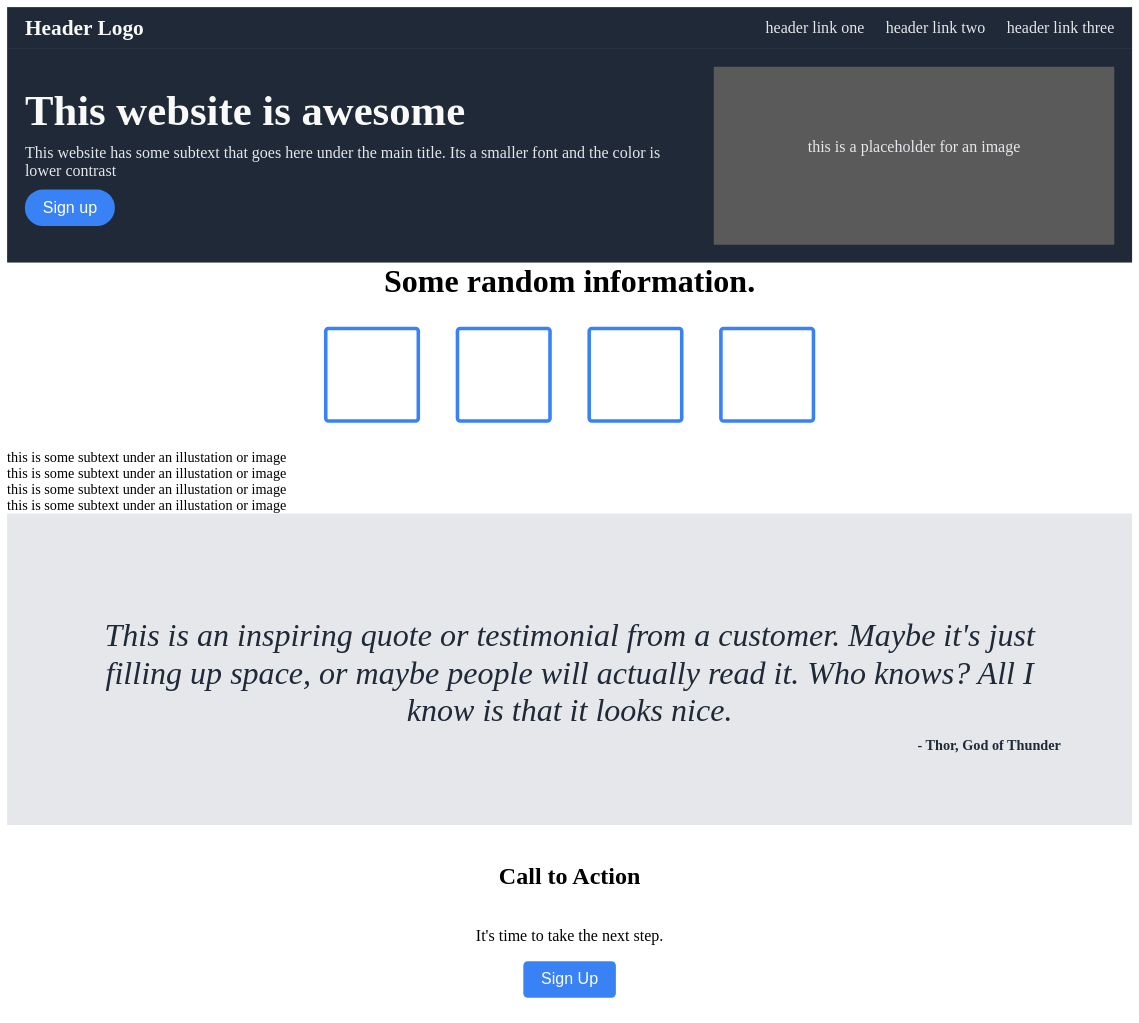
Repository: mnhardy1504/odin-recipes1
Page: flexboxlanding/index.html
An editor plug-in stored every save of this project. The page is shown before and after the next save, followed by the edit.
The browser window is 1280 px wide. The pictures show the whole page, at 89% of full size.

Above is the page before, as saved 2023-09-13 13:13:01.

After the next save:
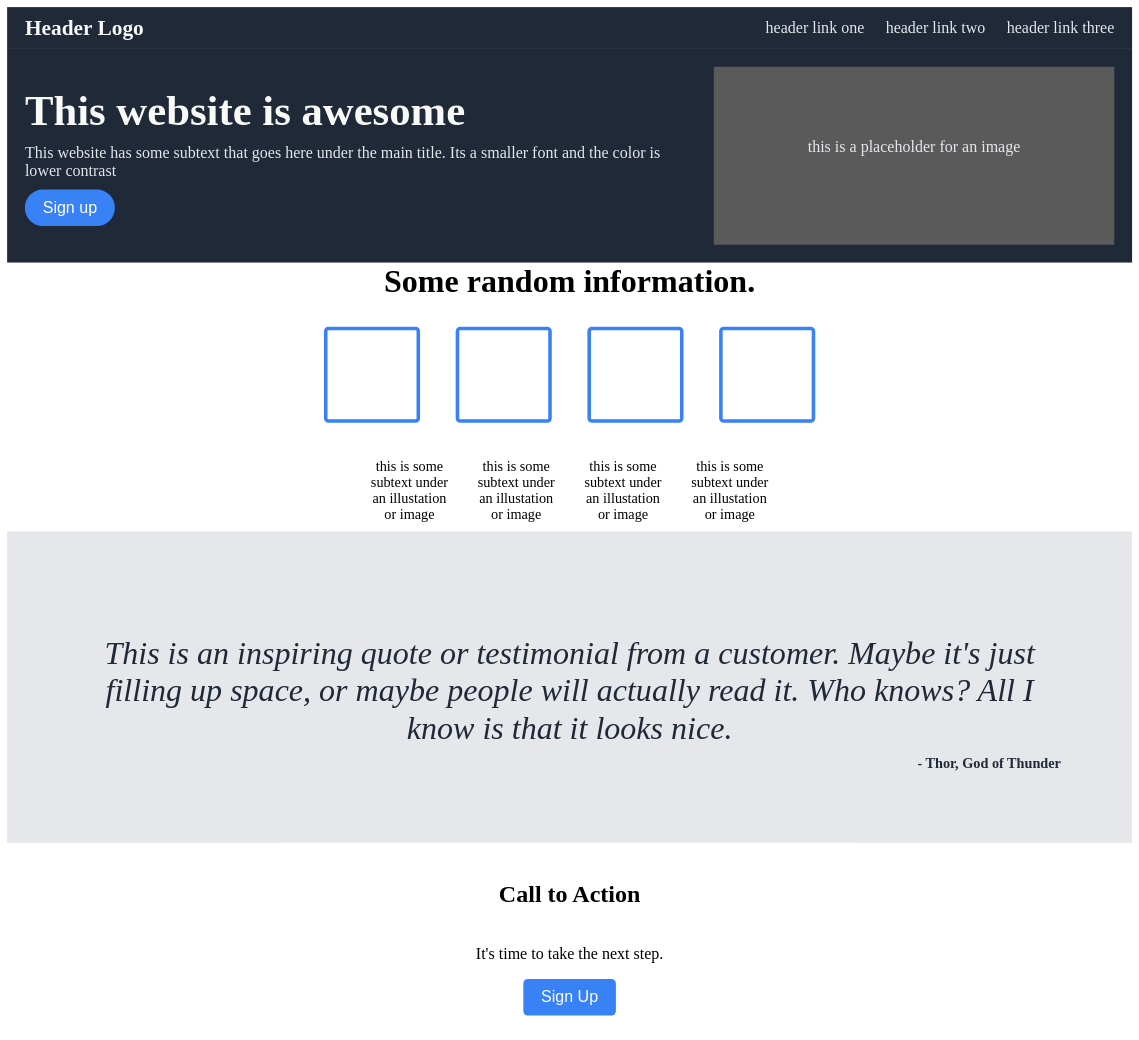
Saved 6 min 27 s later.
--- a/flexboxlanding/index.css
+++ b/flexboxlanding/index.css
@@ -91,8 +91,17 @@ h1 {
     border-radius: 5px;
 }
 
-.square-text {
-    margin-top: 10px;
+.text-container {
+    display: flex;
+    justify-content: center;
+    align-items: center;
+    flex-wrap: wrap;
+}
+
+.text-box {
+    width: 100px;
+    text-align: center;
+    margin: 10px;
 }
 
 .random {
